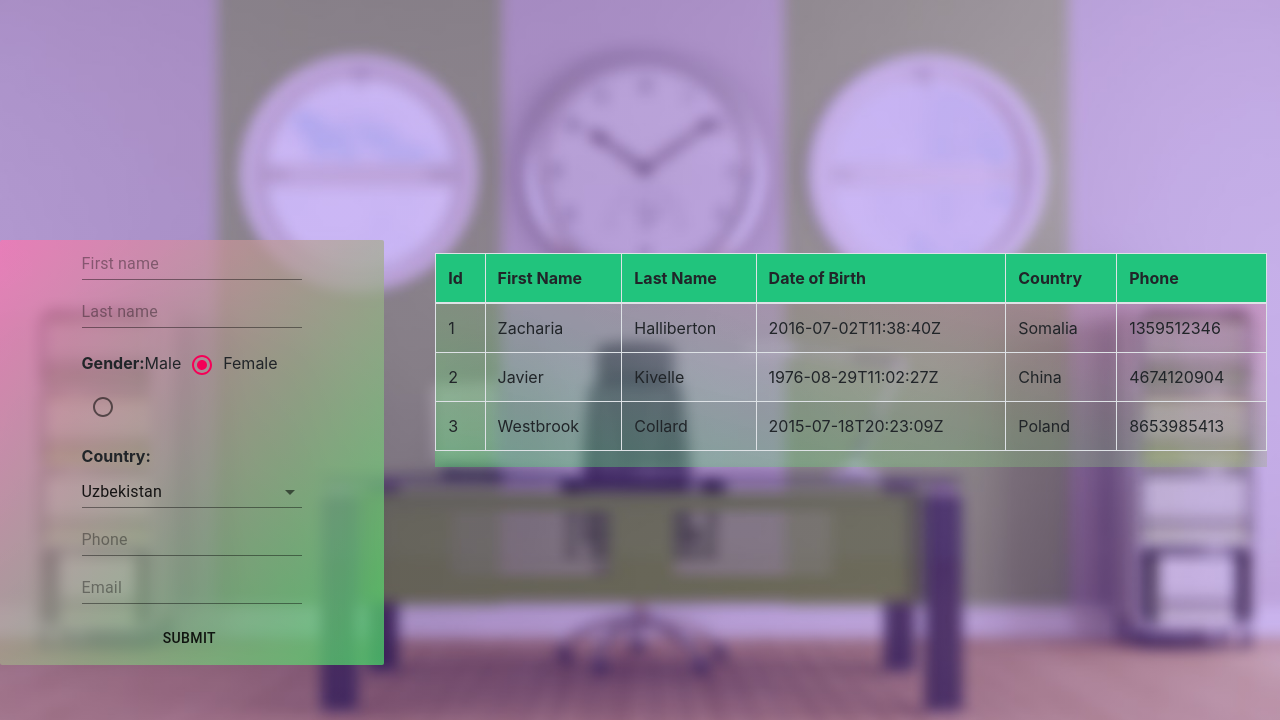
Repository: abrorsaidov/table-table
Page: /
An editor plug-in stored every save of this project. The page is shown before and after the next save, followed by the edit.
The browser window is 1280 px wide. The pictures show the whole page.
The project was rebuilt for these pictures with package versions that can differ from the ones it lists, and the page was loaded fresh each time. Also part of the build but not shown: src/components/ComponentC.js.

Above is the page before, as saved 2020-12-05 01:10:34.

### src/App.js
import React, { useContext } from 'react';
import './App.css';
import UserContext from './components/userContext';
import State from './components/state';
import ComponentC from './components/ComponentC';
import Forms from './components/Forms';
import MyTable from './components/MyTable';

function App() {
    return (
        <State>
            <div className='App'>
                <Forms />
                <MyTable />
            </div>
        </State>
    );
}

export default App;

### src/App.css
@import url("https://fonts.googleapis.com/css2?family=Nunito+Sans:wght@200&display=swap");

* {
  margin: 0;
  padding: 0;
}

body {
  background: linear-gradient(
      to bottom right,
      rgba(104, 37, 238, 0.3),
      rgba(104, 37, 238, 0.3)
    ),
    url("../src/office.jpg");
  background-attachment: fixed;
  background-repeat: no-repeat;
  font-family: "Nunito Sans", sans-serif;
  background-size: cover;
}

.form-wrapper {
  background: linear-gradient(
    to bottom right,
    rgba(255, 114, 175, 0.7),
    rgba(75, 226, 105, 0.7)
  );
  display: flex;
  flex-direction: column;
  justify-content: center;
  align-items: center;
  width: 30%;
  left: 10%;
  border-radius: 2px;
  margin-top: 15em;
  /* transform: translateY(50%); */
  padding: 0.5em;
}

.text {
  width: 60%;
}
.text .country {
  display: flex;
  justify-content: space-between;
}
.text {
  margin-bottom: 1em;
}
label.main {
  font-weight: bold;
}

.submit-btn {
  background: rgba(129, 232, 27, 0.912);
  width: 60%;
  text-align: center;
  border-radius: 7px;
}
small.error {
  display: block;
  color: red;
}
small.hide {
  color: red;
  display: none;
}

option {
  cursor: pointer;
}

.inputs {
  width: 100%;
}

.myTable {
  background: linear-gradient(
    to top right,
    rgba(75, 226, 105, 0.4),
    rgba(255, 114, 175, 0.337)
  );
  position: absolute;
  width: 65%;
  top: 50%;
  transform: translateY(-50%);
  right: 1%;
  /* justify-content: center;
  display: flex; */
}

thead {
  background: rgb(33, 196, 125);
}

### src/components/state.js
import React, { useReducer } from 'react';
import reducer from './reducer';
import UserContext from './userContext';

const State = props => {
    const initialState = {
        loading: false,
    };

    const [state, dispatch] = useReducer(reducer, initialState);

    const setLoading = () => {
        dispatch({
            type: 'LOADING',
        });
    };

    const clearLoading = () => {
        dispatch({
            type: 'CLEAR_LOADING',
        });
    };

    return (
        <UserContext.Provider
            value={{ loading: state.loading, setLoading, clearLoading }}
        >
            {props.children}
        </UserContext.Provider>
    );
};

export default State;

### src/components/MyTable.js
import React, { useMemo } from "react";
import { useTable } from "react-table";
import MOCK_DATA from "./MOCK_DATA.json";
import { COLUMNS } from "./columns";
import { Table } from "react-bootstrap";
import "bootstrap/dist/css/bootstrap.min.css";

const MyTable = () => {
  const columns = useMemo(() => COLUMNS, []);
  const data = useMemo(() => MOCK_DATA, []);

  const tableInstance = useTable({
    columns,
    data,
  });

  const {
    getTableProps,
    getTableBodyProps,
    headerGroups,
    rows,
    prepareRow,
  } = tableInstance;

  return (
    <div className="myTable">
      <Table striped bordered hover className={""} {...getTableProps()}>
        <thead>
          {headerGroups.map((headerGroup) => (
            <tr {...headerGroup.getHeaderGroupProps()}>
              {headerGroup.headers.map((column) => (
                <th {...column.getHeaderProps()}>{column.render("Header")}</th>
              ))}
            </tr>
          ))}
        </thead>
        <tbody {...getTableBodyProps()}>
          {rows.map((row) => {
            prepareRow(row);
            return (
              <tr {...row.getRowProps()}>
                {row.cells.map((cell) => {
                  return (
                    <td {...cell.getCellProps()}>{cell.render("Cell")}</td>
                  );
                })}
              </tr>
            );
          })}
        </tbody>
      </Table>
    </div>
  );
};

export default MyTable;

### src/components/reducer.js
export default (state, action) => {
    switch (action.type) {
        case 'LOADING':
            return {
                ...state,
                loading: true,
            };
        case 'CLEAR_LOADING':
            return {
                ...state,
                loading: false,
            };
    }
};

### src/components/columns.js
export const COLUMNS = [
    {
        Header: 'Id',
        accessor: 'id',
    },
    {
        Header: 'First Name',
        accessor: 'first_name',
    },
    {
        Header: 'Last Name',
        accessor: 'last_name',
    },
    {
        Header: 'Date of Birth',
        accessor: 'date_of_birth',
    },
    {
        Header: 'Country',
        accessor: 'country',
    },
    {
        Header: 'Phone',
        accessor: 'phone',
    },
];

Loaded but not shown: public/index.html (common file); src/index.js (common file); src/index.css (common file); src/reportWebVitals.js (common file); src/components/userContext.js (common file); src/components/MOCK_DATA.json (32 lines, source omitted); src/components/Forms.js (492 lines, source omitted)

After the next save:
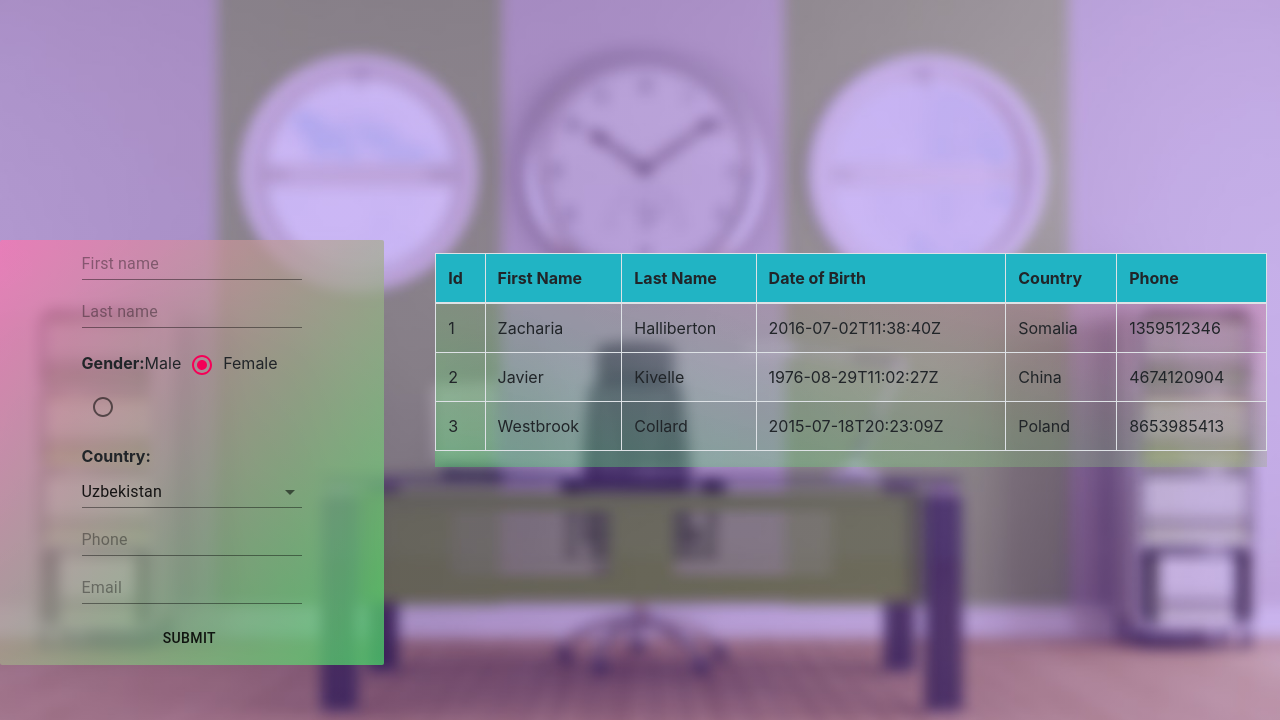
Saved 42 s later.
--- a/src/App.css
+++ b/src/App.css
@@ -89,5 +89,5 @@ option {
 }
 
 thead {
-  background: rgb(33, 196, 125);
+  background: rgb(33, 180, 196);
 }
